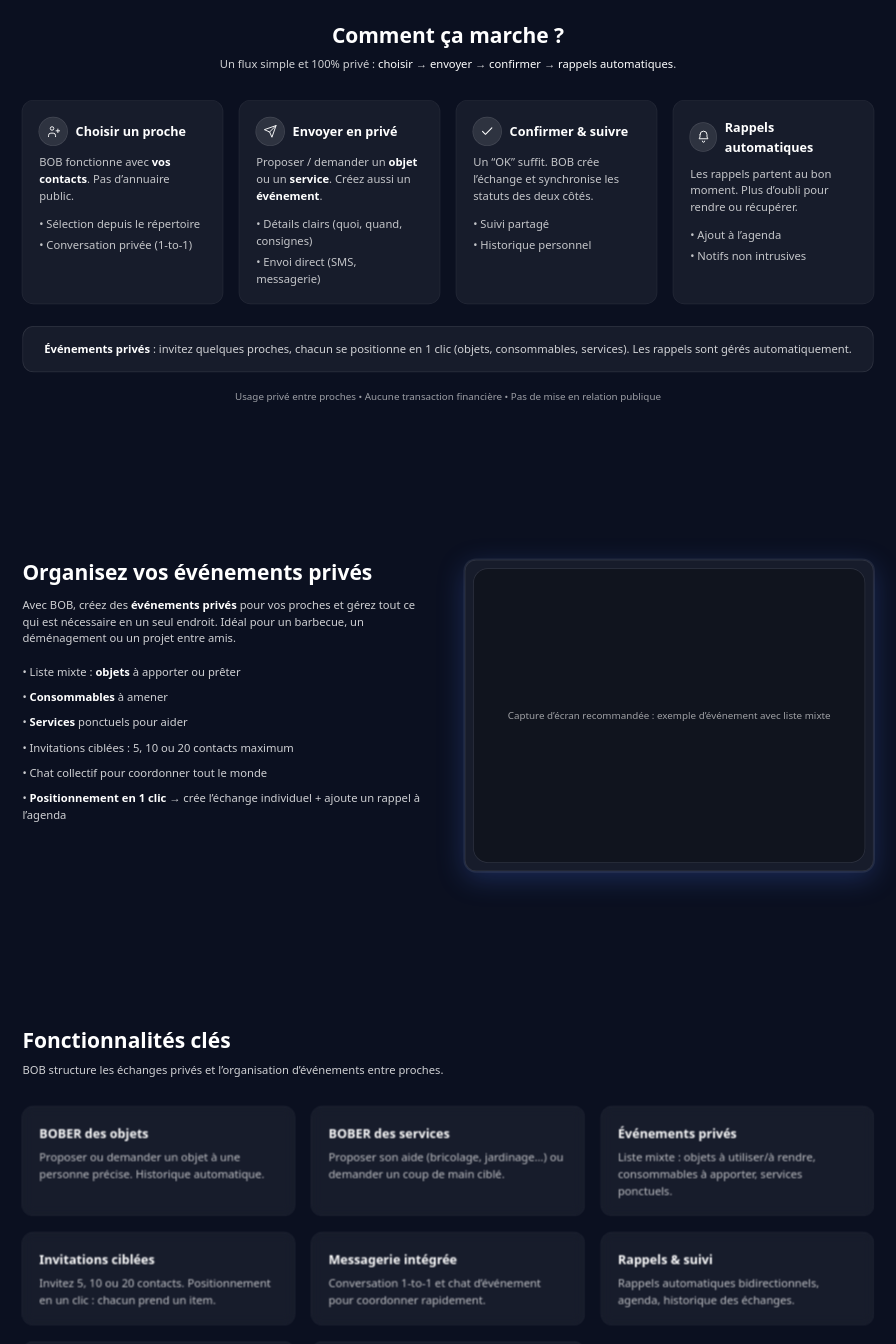
Repository: JeanCharlesMEILLAND/new-bob
Page: /
An editor plug-in stored every save of this project. The page is shown before and after the next save, followed by the edit.
The browser window is 1280 px wide. The pictures show the part of the page from y = 1444 to 3364 px (the page is 6410 px tall before and 6386 px after), at 70% of full size.
The page's requests for data from a server got no answer. The project was rebuilt for these pictures with package versions that can differ from the ones it lists, and the page was loaded fresh each time. The framework's server and built-in components were replaced by stand-ins that run in the browser. No one was signed in, and anything a server would have sent is missing. Also part of the build but not shown: next.config.ts.

Above is the page before, as saved 2025-08-12 10:18:14.

After the next save:
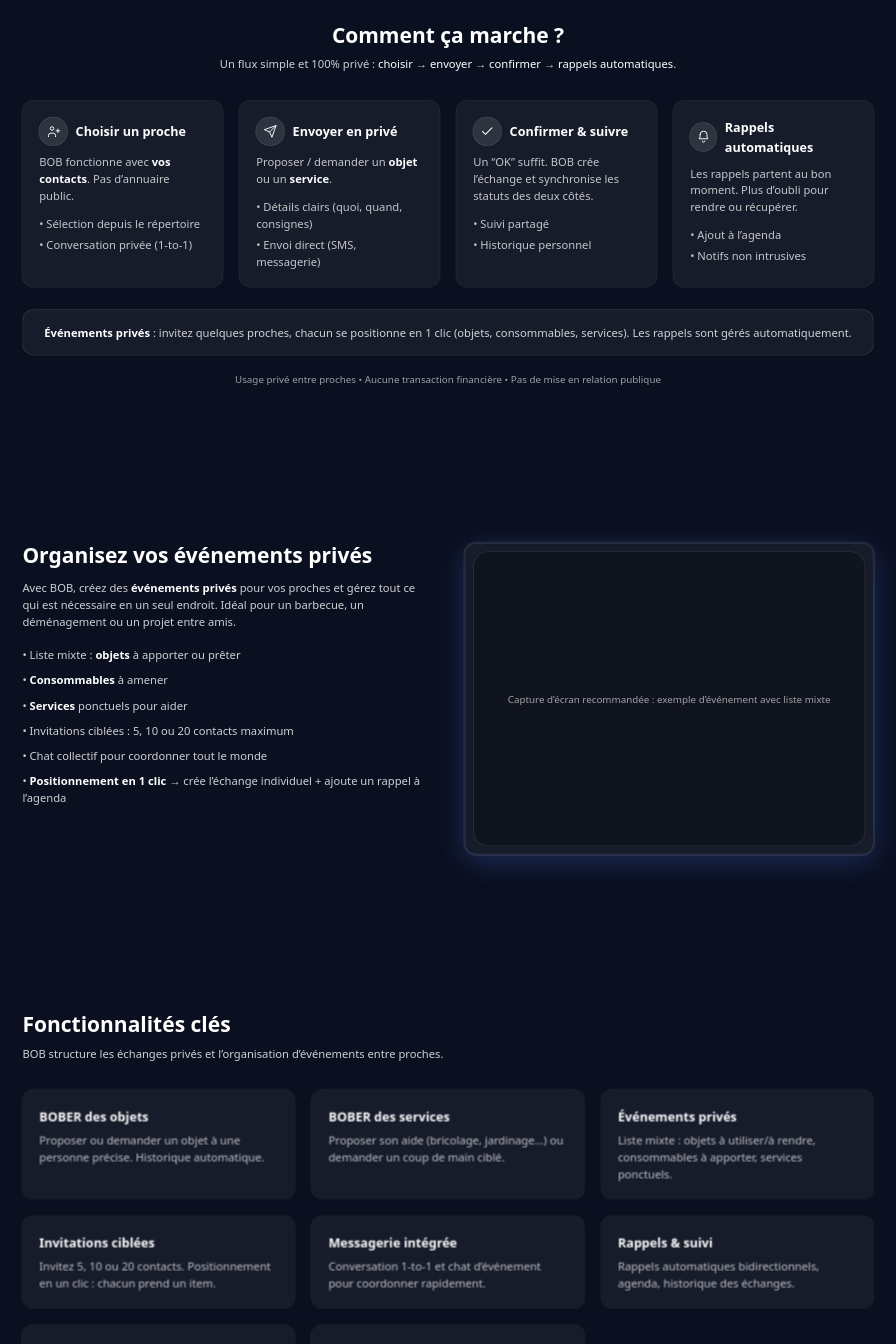
Saved 2 min 3 s later.
--- a/src/components/sections/HowItWorks.tsx
+++ b/src/components/sections/HowItWorks.tsx
@@ -76,7 +76,7 @@
             </div>
             <p className="mt-3 text-white/75">
               Proposer / demander un <strong className="text-white">objet</strong> ou un{' '}
-              <strong className="text-white">service</strong>. Créez aussi un <strong className="text-white">événement</strong>.
+              <strong className="text-white">service</strong>.
             </p>
             <ul className="mt-4 space-y-1.5 text-white/75">
               <li>• Détails clairs (quoi, quand, consignes)</li>
